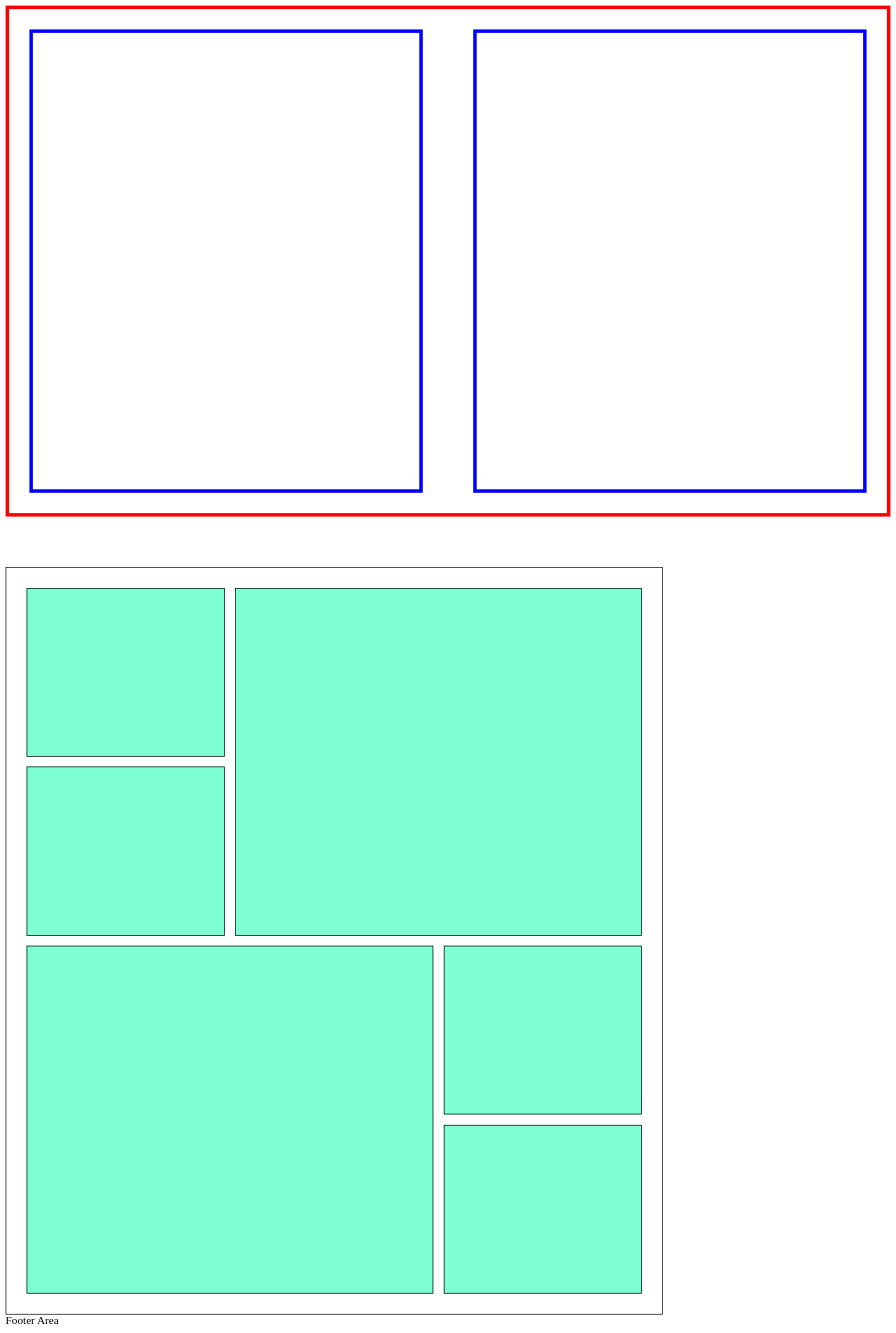
Repository: BwesewB/Brutalist-Website
Page: /
These files come from the project's save history. The page is drawn as it stood at one moment and after the next save; the edit follows.
The browser window is 1280 px wide. The pictures show the whole page, at 70% of full size.
The project was rebuilt for these pictures with package versions that can differ from the ones it lists, and the page was loaded fresh each time. The framework's server and built-in components were replaced by stand-ins that run in the browser. Also part of the build but not shown: next.config.mjs.

Above is the page before, as saved 2024-02-03 17:27:39.

### pages/index.js
import Head from "next/head";
import Image from "next/image";
import styles from "@/styles/Home.module.css";
import { useState } from "react";



export default function Home() {

  const[input,setInput] = useState();


  const classFilters = {
    1: 'Magician',
    2: 'Theif',
    4: 'Warrior',
    8: 'Bowman',
    16: 'Pirate',
    32: 'Nothing'
  }

const getClassStyle = flagValue => (input & flagValue) > 0 ? { backgroundColor: 'yellow'} : null;

  return (
    <>
      <Head>
        <title>Create Next App</title>
        <meta name="description" content="Generated by create next app" />
        <meta name="viewport" content="width=device-width, initial-scale=1" />
        <link rel="icon" href="/favicon.ico" />
      </Head>
      <main className={`${styles.main}`}>
        <div className={styles.titlePage}>
          <div className={styles.graphic}></div>
          <div className={styles.displayPanel}>

          </div>
        </div>
        <div className={styles.inputArea}></div>

        <div className={styles.displayArea}>
          <div className={styles.posterOne}></div>
          <div className={styles.posterTwo}></div>
          <div className={styles.posterThree}></div>
          <div className={styles.posterFour}></div>
          <div className={styles.posterFive}></div>
          <div className={styles.posterSix}></div>
        </div>
      </main>
      <footer>
        Footer Area
      </footer>
    </>
  );
}

{/* <div class="inputArea">
<input
id="input"
type="text"
placeholder="bitmask decimal value"
value={input}
onChange={event => setInput(event.target.value)}
/>
</div>
<div class="posterArea" >                                                             need to change to posters
<table>
  <tbody>
    {
      Object.keys(classFilters).map(item => (
        <tr key={item} style={getClassStyle(item)}>
          <td>{item}</td>
          <td>{classFilters[item]}</td>
        </tr>
      ))
    }
  </tbody>
</table>
</div> */}

### styles/globals.css
:root{

}

### styles/Home.module.css
.main {
  display:grid;
  grid-template-columns: repeat(4, 1fr);
  gap:5vh;
}

/* <div class="titlePage">
<div class="graphic"></div>
<div class="inputArea"></div>
</div>
<div class="displayArea">
<div class="posterOne"></div>
<div class="posterTwo"></div>
<div class="posterThree"></div>
<div class="posterFour"></div>
<div class="posterFive"></div>
<div class="posterSix"></div>
</div> */

.titlePage{
  height:100vh;
  grid-column: 1/5;
  border: 5px solid red;
/*---------------------------------------------------------------------------------------------------------*/
  display:grid;
  grid-template-columns: repeat(2, 1fr);
  gap:2vh;
}

.graphic, .displayPanel{
  border: 5px solid blue;
  margin:4vh;
}

.graphic{
  grid-column: 1/2;

}

.displayPanel{
  grid-column: 2/3;
  grid-template-columns: repeat(2, 1fr);
  gap:4vh
}

.inputArea{

  border-left: 5px solid green;
  background-color: green;
}

/*---------------------------------------------------------------------------------------------------------*/
.displayArea {
  grid-column: 1/4;
/*--------------------------------------------------------------------------------------------------------- This needs to be in a component*/
  display: grid;
  grid-template-columns: repeat(3, 1fr);
  grid-template-rows: repeat(4, 1fr);
  gap: 2vh;
  border: 1px solid black;
  height:140vh;
  padding: 4vh;
}
/*---------------------------------------------------------------------------------------------------------*/

.posterOne,
.posterTwo,
.posterThree,
.posterFour,
.posterFive,
.posterSix {
  background-color: aquamarine;
  border: 1px solid black;
}

.posterTwo{
  grid-column: 2/4;
  grid-row: 1/3;
}

.posterFour{
  grid-column: 1/3;
  grid-row: 3/5;
}

Loaded but not shown: pages/_app.js (common file); pages/_document.js (common file)

After the next save:
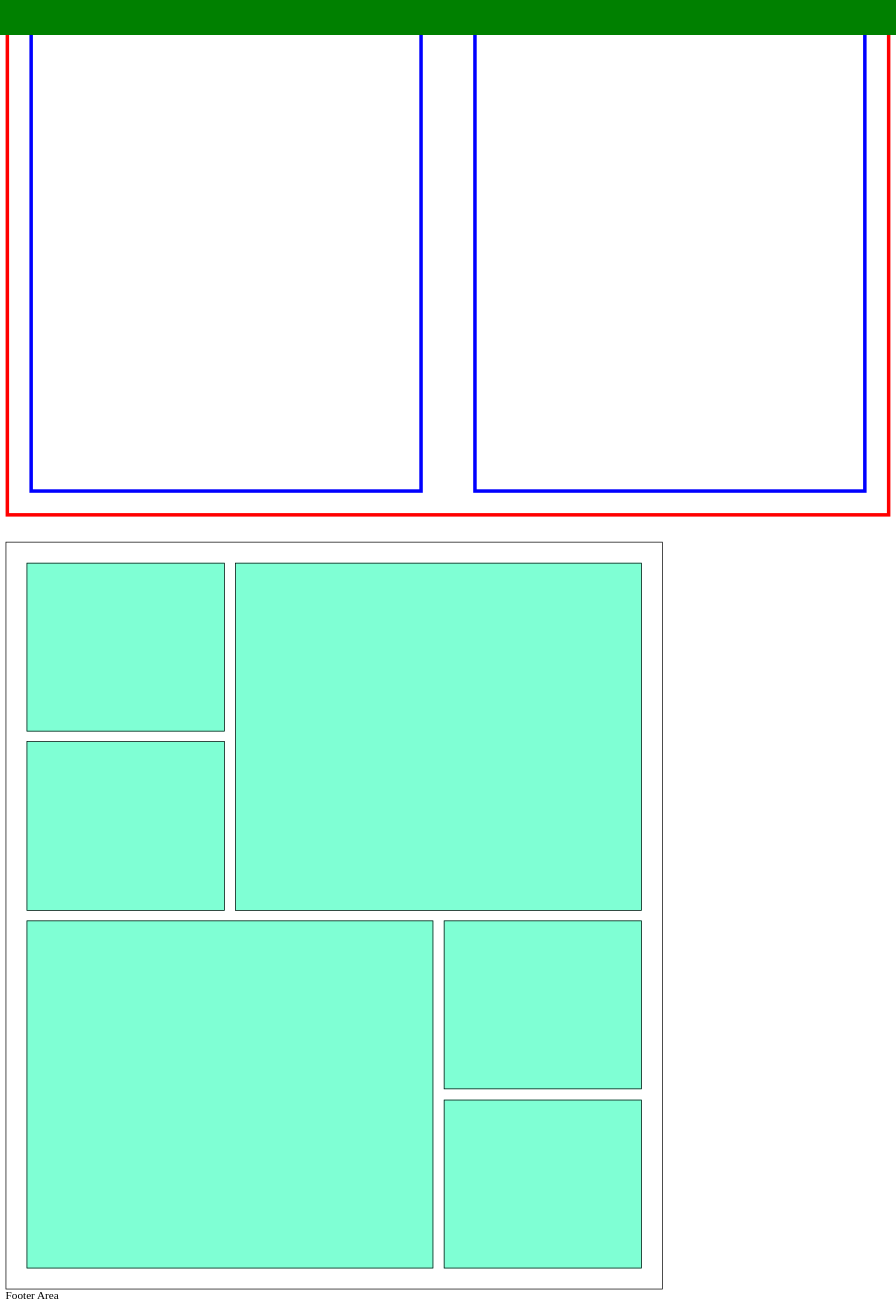
Saved 20 s later.
--- a/styles/Home.module.css
+++ b/styles/Home.module.css
@@ -44,8 +44,14 @@
 }
 
 .inputArea{
-
+  position:fixed;
   border-left: 5px solid green;
+  background-color: green;
+  position: fixed;
+  top: 0; /* Adjust as needed */
+  left: 0; /* Adjust as needed */
+  width: 100%; /* Make it full width */
+  height: 50px; /* Set your desired height */
   background-color: green;
 }
 
